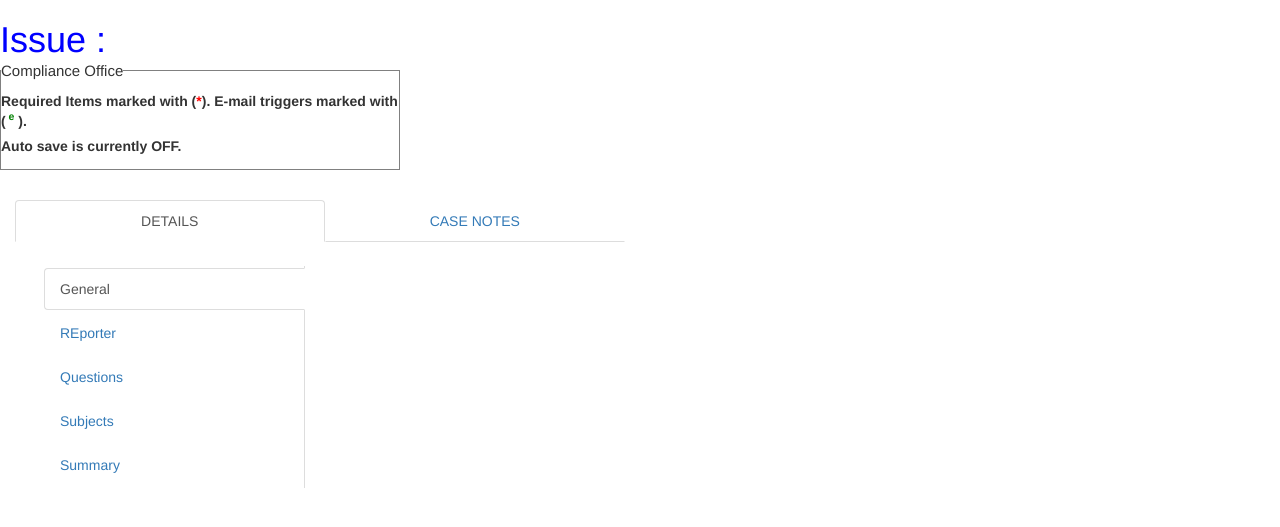
Repository: ManjushaDaram/LibraryPramati
Page: /
The author's editor kept a copy of each file at every save. The page is drawn from the files as they stood at one save, then again after the next save.
The browser window is 1280 px wide. The pictures show the whole page.
The project was rebuilt for these pictures with package versions that can differ from the ones it lists, and the page was loaded fresh each time. Also part of the build but not shown: angular.json.

Above is the page before, as saved 2019-04-18 12:38:27.

### src/index.html
<!doctype html>
<html lang="en">
<head>
  <meta charset="utf-8">
  <title>PramatiLibrary</title>
  <base href="/">

  <meta name="viewport" content="width=device-width, initial-scale=1">
  <link rel="icon" type="image/x-icon" href="favicon.ico">
</head>
<body>
  <app-root></app-root>
</body>
</html>

### src/styles.css
/* You can add global styles to this file, and also import other style files */
@import '~bootstrap/dist/css/bootstrap.min.css';

/* .nav-tabs>li.active>a, .nav-tabs>li.active>a:focus, .nav-tabs>li.active>a:hover {
  color: #337ab7;
} */

### src/app/app.module.ts
import { BrowserModule } from '@angular/platform-browser';
import { NgModule } from '@angular/core';

import { AppRoutingModule } from './app-routing.module';
import { AppComponent } from './app.component';
import { AddissueComponent } from './AddIssue/addissue/addissue.component';
import {Tab} from './AddIssue/addissue/tabs/tab.component';
import {Tabs} from './AddIssue/addissue/tabs/tabs.component';

@NgModule({
  declarations: [
    AppComponent,
    AddissueComponent,Tab,Tabs
  ],
  imports: [
    BrowserModule,
    AppRoutingModule
  ],
  providers: [],
  bootstrap: [AppComponent]
})
export class AppModule { }

### src/app/app.component.ts
import { Component } from '@angular/core';

@Component({
  selector: 'app-root',
  templateUrl: './app.component.html',
  styleUrls: ['./app.component.css']
})
export class AppComponent {
  title = 'PramatiLibrary';
}

### src/app/AddIssue/addissue/addissue.component.ts
import { Component, OnInit } from '@angular/core';
import {} from './tabs/tabs.component';

@Component({
  selector: 'app-addissue',
  templateUrl: './addissue.component.html',
  styleUrls: ['./addissue.component.css']
})
export class AddissueComponent implements OnInit {

  constructor() { }

  ngOnInit() {
  }

}

### src/app/AddIssue/addissue/tabs/tab.component.ts
import { Component, Input } from '@angular/core';

@Component({
  selector: 'tab',
  styles: [`
    .pane{
      padding: 1em;
    }
  `],
  template: `
    <div [hidden]="!active" class="pane">
      <ng-content></ng-content>
    </div>
  `
})
export class Tab {
  @Input('tabTitle') title: string;
  @Input() active = false;
}

### src/app/AddIssue/addissue/tabs/tabs.component.ts
import { Component, ContentChildren, QueryList, AfterContentInit } from '@angular/core';
import { Tab } from './tab.component';

@Component({
  selector: 'tabs',
  template:`
  <div class="col-md-6">
  <ul class=" nav nav-tabs nav-justified">
      <li *ngFor="let tab of tabs" (click)="selectTab(tab)" [class.active]="tab.active">
        <a href="#">{{tab.title}}</a>
      </li>
    </ul>
    <ng-content></ng-content>
  </div>


  `
})
export class Tabs implements AfterContentInit {

  @ContentChildren(Tab) tabs: QueryList<Tab>;

  // contentChildren are set
  ngAfterContentInit() {
    // get all active tabs
    let activeTabs = this.tabs.filter((tab)=>tab.active);

    // if there is no active tab set, activate the first
    if(activeTabs.length === 0) {
      this.selectTab(this.tabs.first);
    }
  }

  selectTab(tab: Tab){
    // deactivate all tabs
    this.tabs.toArray().forEach(tab => tab.active = false);

    // activate the tab the user has clicked on.
    tab.active = true;
  }

}

### src/app/app.component.html
<!--The content below is only a placeholder and can be replaced.-->
<app-addissue></app-addissue>
<router-outlet></router-outlet>

### src/app/AddIssue/addissue/addissue.component.html
<div class="inline">
<h1 style="color: blue">Issue :</h1>
</div>

<div id="inlineWord">
  <h3><span>Compliance Office</span></h3>
  <div>
    <label>Required Items marked with (<span style="color: red">*</span>). E-mail triggers marked with (<sup><span style="color:green"> e</span></sup> ).</label>
  </div>
  <div>
    <label>
      Auto save is currently <strong>OFF.</strong>
    </label>
  </div>
</div>

<div style="margin-top: 30px">
  <tabs>
    <tab tabTitle="DETAILS">

      <div class="col-md-6" style="margin-top: 10px">
          <ul class="nav nav-tabs tabs-left">
            <li class="active"><a href="#home" data-toggle="tab">General</a></li>
            <li><a href="#profile" data-toggle="tab">REporter</a></li>
            <li><a href="#messages" data-toggle="tab">Questions</a></li>
            <li><a href="#settings" data-toggle="tab">Subjects</a></li>
            <li><a href="#settings" data-toggle="tab">Summary</a></li>
        </ul>
      </div>
    </tab>
    <tab tabTitle="CASE NOTES">
      And here's more in another tab.
    </tab>
  </tabs>
</div>

### src/app/AddIssue/addissue/addissue.component.css
#inlineWord{
  border: 1px solid grey;
  width: 400px;
  height: 100px;
}

#inlineWord h3{
  text-align: left;
  margin-top: -10px;
  height: 20px;
  line-height: 20px;
  font-size: 15px;
}

#inlineWord h3 span{
  background-color: white;
}

/* div{
  margin-left: 10px
} */


.tabs-left {
  border-bottom: none;
  padding-top: 2px;
}
.tabs-left {
  border-right: 1px solid #ddd;
}

.tabs-left>li, .tabs-right>li {
  float: none;
  margin-bottom: 2px;
}
.tabs-left>li {
  margin-right: -1px;
}
.tabs-right>li {
  margin-left: -1px;
}
.tabs-left>li.active>a,
.tabs-left>li.active>a:hover,
.tabs-left>li.active>a:focus {
  border-bottom-color: #ddd;
  border-right-color: transparent;
}


.tabs-left>li>a {
  border-radius: 4px 0 0 4px;
  margin-right: 0;
  display:block;
}

.vertical-text {
  margin-top:50px;
  border: none;
  position: relative;
}
.vertical-text>li {
  height: 20px;
  width: 120px;
  margin-bottom: 100px;
}
.vertical-text>li>a {
  border-bottom: 1px solid #ddd;
  border-right-color: transparent;
  text-align: center;
  border-radius: 4px 4px 0px 0px;
}
.vertical-text>li.active>a,
.vertical-text>li.active>a:hover,
.vertical-text>li.active>a:focus {
  border-bottom-color: transparent;
  border-right-color: #ddd;
  border-left-color: #ddd;
}

Loaded but not shown: src/main.ts (common file); src/environments/environment.ts (common file); src/app/app-routing.module.ts (common file); src/app/app.component.css (no stored copy; drawn as an empty file)

After the next save:
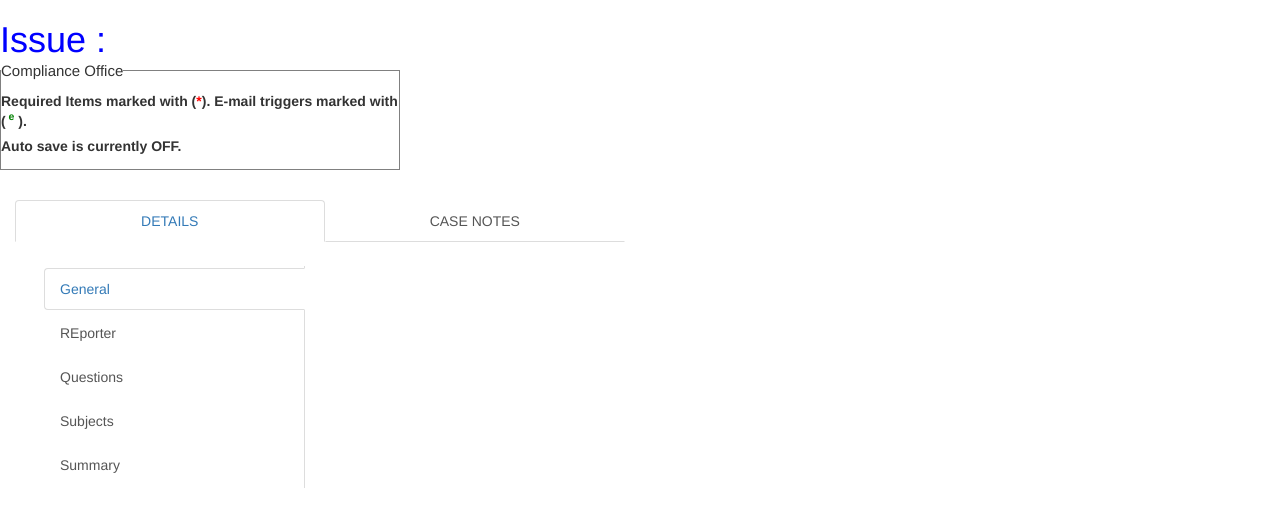
Saved 85 s later.
--- a/src/styles.css
+++ b/src/styles.css
@@ -1,6 +1,10 @@
 /* You can add global styles to this file, and also import other style files */
 @import '~bootstrap/dist/css/bootstrap.min.css';
 
-/* .nav-tabs>li.active>a, .nav-tabs>li.active>a:focus, .nav-tabs>li.active>a:hover {
+.nav-tabs>li.active>a, .nav-tabs>li.active>a:focus, .nav-tabs>li.active>a:hover {
   color: #337ab7;
-} */
+}
+
+a {
+  color: #555;
+}
